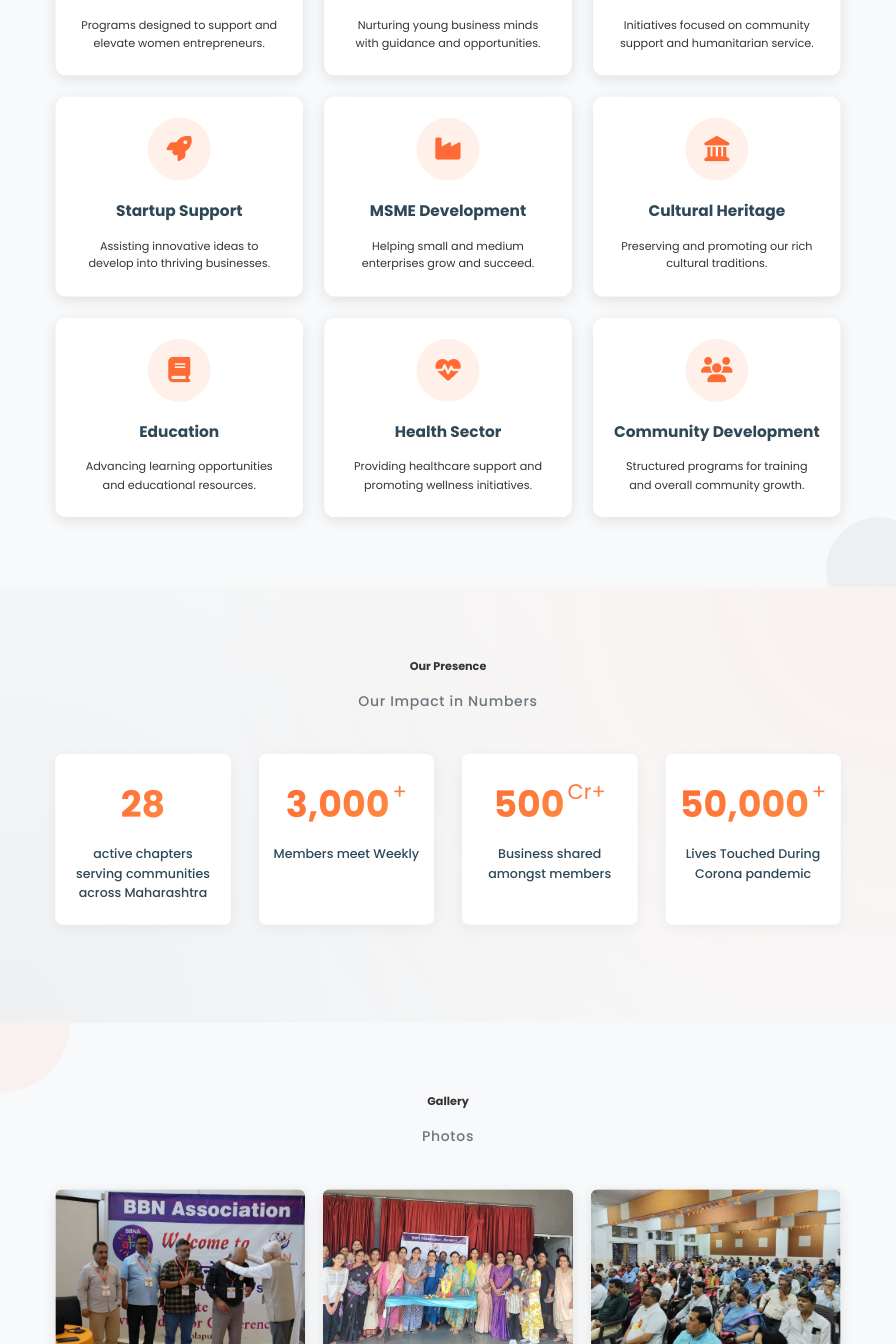
Repository: Snehaldahiphale/bbn-association
Page: index.html
The author's editor kept a copy of each file at every save. The page is drawn from the files as they stood at one save, then again after the next save.
The browser window is 1280 px wide. The pictures show the part of the page from y = 4580 to 6500 px (the page is 8981 px tall before and 9015 px after), at 70% of full size.

Above is the page before, as saved 2026-03-13 12:02:46.

After the next save:
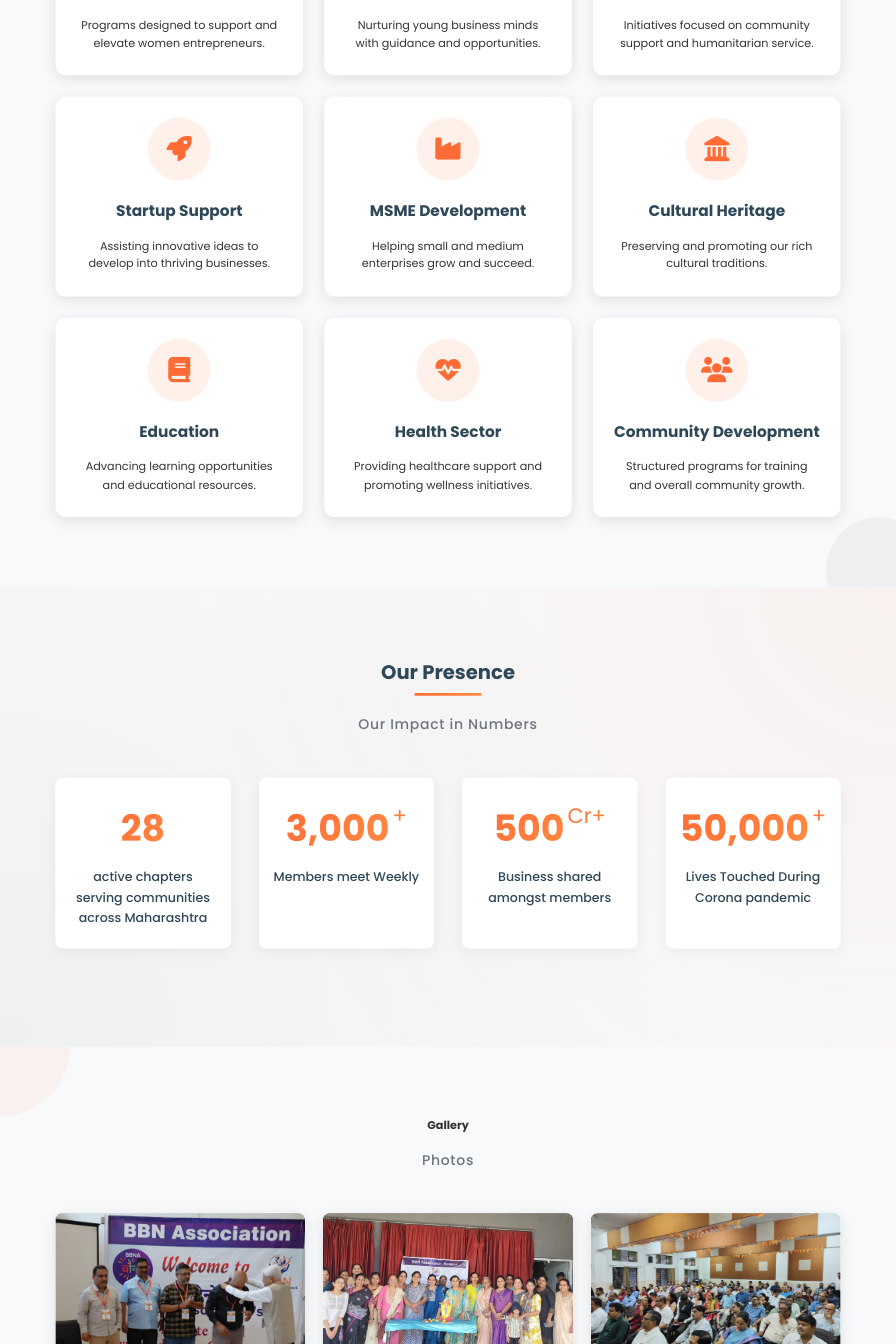
Saved 39 s later.
--- a/index.html
+++ b/index.html
@@ -346,7 +346,7 @@
     <section id="presence" class="section bg-light">
       <div class="container">
         <div class="section-header">
-          <h4>Our Presence</h4>
+          <h2>Our Presence</h2>
           <h3>Our Impact in Numbers</h3>
         </div>
         <div class="stats-container">
